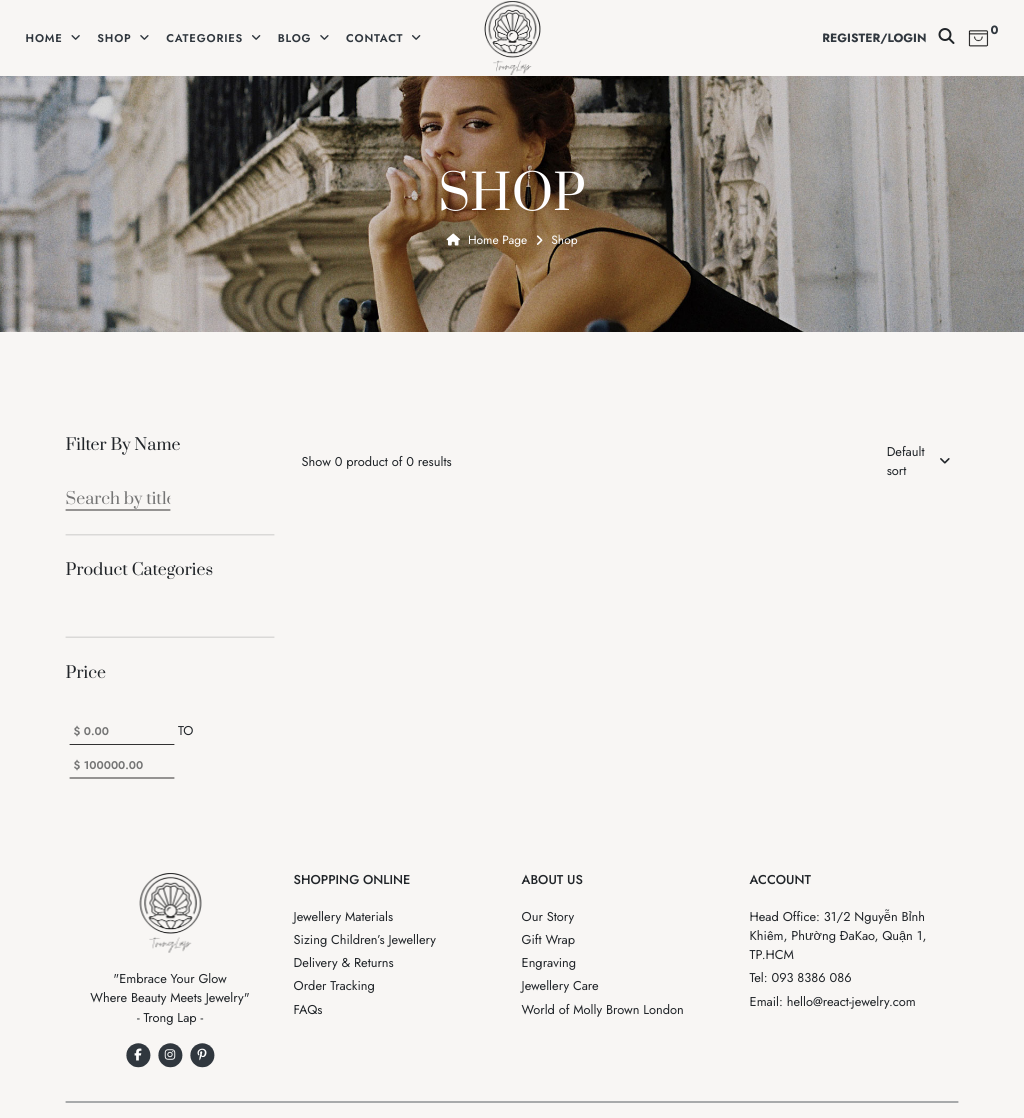
Repository: tronglap/react-jewelry
Page: /list-product
An editor plug-in stored every save of this project. The page is shown before and after a run of saves, followed by the edit.
The browser window is 1280 px wide. The pictures show the whole page, at 80% of full size.
The page's requests for data from a server got no answer. The project was rebuilt for these pictures with package versions that can differ from the ones it lists, and the page was loaded fresh each time. No one was signed in, and anything a server would have sent is missing. Also part of the build but not shown: src/component/Button/Button.css, src/component/Button/Button.js, src/component/SliderBar/SliderBar.css, src/component/SliderBar/SliderBar.js, src/component/Home/WWD/WWD.css, src/component/Home/WWD/WWD.js, src/component/Home/Home.css, src/component/Home/Categories/Categories.js and 14 more.

Above is the page before, as saved 2024-03-26 20:26:50.

### src/App.css
@import url('https://fonts.googleapis.com/css2?family=Jost:ital,wght@0,100..900;1,100..900&family=Prata&display=swap');


* {
    margin: 0;
    padding: 0;
    box-sizing: border-box;
}

img {
    width: 100%;
}

a {
    text-decoration: none;
}

ul {
    list-style: none;
    margin: 0;
    padding: 0;
}

body {
    font-family: "Jost", sans-serif;
    --seconddaryfont: "Prata";
    --color-primary: #daa14c;
    --color-secondary: #30373e;
    --color-text: #666;
    --color-accent: #30373e;
    --color-lighter: #888;
    --color-dark: #202020;
    --color-highlight: #ccc;
    --color-border: #e3e3e3;
    --color-background-light: #f8f6f4;
    --color-background-field: #DADADA20;
    background-color: #f8f6f4;
}

### src/component/ListProduct/ListProduct.js
import React, { useEffect, useState } from "react";
import Header from "../Header/HeaderMain/Header";
import Banner from "./Banner/Banner";
import UseFetch from "../../UseFetch";
import CartProduct from "../CardProduct/CartProduct";
import { Col, Container, Row } from "react-bootstrap";
import "./ListProduct.css";

const ListProduct = () => {
  const products = UseFetch(
    "https://65f3b3d2105614e654a0e686.mockapi.io/Product"
  );
  const categories = UseFetch(
    "https://65f3b3d2105614e654a0e686.mockapi.io/Categories"
  );

  const [filterKeyword, setFilterKeyword] = useState("");
  useEffect(() => {
    const filteredProducts = products.filter((product) => {
      return product.name.toLowerCase().includes(filterKeyword.toLowerCase());
    });
    setProductFilter(filteredProducts);
  }, [filterKeyword, products]);

  const [productFilter, setProductFilter] = useState([]);
  const [categoryCounts, setCategoryCounts] = useState({});

  const [minPrice, setMinPrice] = useState(0);
  const [maxPrice, setMaxPrice] = useState(0);

  useEffect(() => {
    if (products.length > 0) {
      const prices = products.map((product) => {
        return parseFloat(product.promotion || product.cost);
      });
      const highestPrice = Math.max(...prices);
      setMaxPrice(highestPrice);
    }
  }, [products]);

  useEffect(() => {
    const filteredProducts = products.filter((product) => {
      if (product.promotion === "" || product.promotion === "0") {
        const productPrice = parseFloat(product.cost);
        return productPrice >= minPrice && productPrice <= maxPrice;
      } else {
        const productPrice = parseFloat(product.promotion);
        return productPrice >= minPrice && productPrice <= maxPrice;
      }
    });
    setProductFilter(filteredProducts);
  }, [minPrice, maxPrice, products]);

  useEffect(() => {
    const sortProduct = [...products].sort((a, b) => {
      const priceA = parseFloat(a.promotion || a.cost);
      const priceB = parseFloat(b.promotion || b.cost);

      return priceA - priceB;
    });
    setProductFilter(sortProduct);
  }, [products]);

  useEffect(() => {
    const counts = {};
    products.forEach((product) => {
      counts[product.CategoryId] = (counts[product.CategoryId] || 0) + 1;
    });
    setCategoryCounts(counts);
  }, [products]);

  const FilterProduct = (cate) => {
    const filter = products.filter((ct) => ct.CategoryId === cate);
    setProductFilter(filter);
  };

  const [isSortActive, setIsSortActive] = useState(false);
  const handleSortClick = () => {
    setIsSortActive(!isSortActive); // Khi click, chuyển đổi trạng thái của lớp
  };

  return (
    <div className="ListProduct">
      <Header />
      <Banner />
      <div className="box_product">
        <Container>
          <Row>
            <Col lg={3}>
              <div className="FBN">
                <p className="filterbyname">Filter by name</p>
                <input
                  type="text"
                  placeholder="Search by title..."
                  value={filterKeyword}
                  onChange={(e) => setFilterKeyword(e.target.value)}
                />
              </div>
              <div className="Product_Categories">Product Categories</div>
              <div className="Categories">
                {categories.map((ct) => (
                  <div
                    className="diamonds"
                    onClick={() => FilterProduct(ct.id)}
                    key={ct.id}
                  >
                    <div className="name"> {ct.categories}</div>
                    <div className="count">
                      {categoryCounts[ct.id] && `${categoryCounts[ct.id]}`}
                    </div>
                  </div>
                ))}
              </div>
              <div className="FBP">
                <p className="filterbyprice">Price</p>
                <input
                  type="number"
                  placeholder="$ 0.00"
                  onChange={(e) => setMinPrice(e.target.value)}
                />
                TO
                <input
                  type="number"
                  placeholder="$ 100000.00"
                  onChange={(e) => setMaxPrice(e.target.value)}
                />
              </div>
            </Col>
            <Col lg={9}>
              <Row>
                <Container>
                  <div className="sorting">
                    <div className="Count_AP">
                      Show {productFilter.length} product of {products.length}{" "}
                      results
                    </div>
                    <div className="sort" onClick={handleSortClick}>
                      <p>Default sort</p>
                      <i className="fa-solid fa-angle-down"></i>
                      <div className={`sorts ${isSortActive ? "active" : ""}`}>
                        <div className="sortbya-z">
                          <p>Sort by A - Z</p>
                        </div>
                        <div className="sortbyz-a">
                          <p>Sort by Z - A</p>
                        </div>
                        <div className="sortbypricelh">
                          <p>Sort by price: Low to High</p>
                        </div>
                        <div className="sortbypricehl">
                          <p>Sort by price: High to Low</p>
                        </div>
                      </div>
                    </div>
                  </div>
                </Container>
              </Row>
              <Row>
                {productFilter &&
                  productFilter.map((item) => (
                    <Col lg={4} className="Cart_list" key={item.id}>
                      <CartProduct
                        id={item.id}
                        image={item.image}
                        image_second={item.image_second}
                        CategoryId={
                          categories.find(
                            (category) => category.id === item.CategoryId
                          )?.categories
                        }
                        name={item.name}
                        cost={item.cost}
                        promotion={item.promotion}
                        sale={item.sale}
                        perdiscount={item.perdiscount}
                      />
                    </Col>
                  ))}
              </Row>
            </Col>
          </Row>
        </Container>
      </div>
    </div>
  );
};

export default ListProduct;

### src/component/Footer/Footer.css
.footer {
    margin-top: 10%;
    text-align: left;
    height: 40vh;
    border-bottom: 0.1px solid var(--color-secondary);
    margin-bottom: 20px;
}

.footer .logo {
    margin: 0 auto;
    width: 30%;
}

.footer .slogan {
    text-align: center;
    margin: 20px 0;
}

.footer .social-links {
    display: flex;
    gap: 10px;
    margin-top: 10px;
    justify-content: center;
}

.footer .social-links a {
    display: flex;
    align-items: center;
    justify-content: center;
    color: white;
    background-color: var(--color-secondary);
    border-radius: 50%;
    width: 30px;
    height: 30px;
    font-size: 20px;
    text-align: center;
    transition: 0.3s ease;
}

.footer .social-links a:hover {
    background-color: var(--color-primary);
}

::selection {
    color: white;
    background-color: var(--color-primary);
}

.footer ul {
    margin-top: 25px;
}

.footer ul li {
    margin-bottom: 5px;
    cursor: pointer;
    transition: 0.2s linear;
}

.footer ul li:hover {
    color: var(--color-primary)
}

### src/component/ListProduct/ListProduct.css
.ListProduct .box_product {
    margin-top: 10%;
}

.ListProduct .box_product .FBN,
.ListProduct .box_product .FBN .filterbyname {
    font-size: 20px;
    font-family: 'Prata', sans-serif;
    font-weight: 400;
    line-height: 1.35;
    text-transform: capitalize;
    margin-bottom: 30px;
    padding-bottom: 10px;
}

.ListProduct .box_product .FBN {
    border-bottom: 1px solid rgba(128, 128, 128, 0.5);
    padding-bottom: 30px;
}

.ListProduct .box_product .FBN input {
    border: none;
    background-color: transparent;
    border-bottom: 1px solid black;
    outline: none;
    width: 50%;
}


.ListProduct .box_product .Product_Categories {
    font-size: 20px;
    font-family: 'Prata', sans-serif;
    font-weight: 400;
    line-height: 1.35;
    text-transform: capitalize;
    margin-bottom: 30px;
    padding-bottom: 10px;
}

.ListProduct .box_product .Categories {
    border-bottom: 1px solid rgba(128, 128, 128, 0.5);
    padding-bottom: 30px;
}

.ListProduct .box_product .Categories .diamonds {
    display: flex;
    width: 35%;
    justify-content: space-between;
    font-size: 18px;
    font-weight: 400;
    font-style: normal;
    text-rendering: optimizeLegibility;
    color: var(--color-text);
    line-height: 1.5;
    letter-spacing: 0;
    cursor: pointer;
    transition: 0.2s ease;
}

.ListProduct .box_product .Categories .diamonds:hover {
    color: var(--color-primary)
}

.ListProduct .box_product .FBP .filterbyprice {
    font-size: 20px;
    font-family: 'Prata', sans-serif;
    font-weight: 400;
    line-height: 1.35;
    text-transform: capitalize;
    margin-bottom: 30px;
    margin-top: 30px;
    padding-bottom: 10px;
}

.ListProduct .box_product .FBP input {
    width: 50%;
    padding: 5px;
    font-size: 14px;
    margin: 5px;
    font-weight: 600;
    text-transform: none;
    border: none;
    border-bottom: 1px solid black;
    outline: none;
    background-color: transparent;
}

input[type=number]::-webkit-inner-spin-button {
    -webkit-appearance: none;
}

.ListProduct .box_product .Cart_list {
    margin-bottom: 20px;
}

.ListProduct .box_product .sorting {
    display: flex;
    justify-content: space-between;
    align-items: center;
}

.ListProduct .box_product .sorting .Count_AP {
    display: flex;
    margin-bottom: 20px;
    padding: 10px;
}

.ListProduct .box_product .sort {
    display: flex;
    align-items: center;
    justify-content: space-between;
    width: 12%;
    margin-bottom: 20px;
    padding: 10px;
    position: relative;
    cursor: pointer;
}

.ListProduct .box_product .sort .sorts {
    background-color: whitesmoke;
    padding: 10px 10px;
    width: 150%;
    opacity: 0;
    visibility: hidden;
    top: 40px;
    left: 0;
    position: absolute;
    z-index: 999;
    transition: 0.3s ease-out;
}

.ListProduct .box_product .sort .sorts.active {
    visibility: visible;
    top: 50px;
    opacity: 1;
}

### src/component/Home/Categories/Categories.css
img {
    width: 100%;
}

.icon_cate {
    display: flex;
    gap: 20px;
    margin: 10% 0;
    justify-content: center;
    align-items: center;
}

.icon_cate .icon1,
.icon_cate .icon2,
.icon_cate .icon3 {
    text-align: center;
}

.icon_cate .icon1 .img_icon,
.icon_cate .icon2 .img_icon,
.icon_cate .icon3 .img_icon {
    display: flex;
    justify-content: center;
    margin-bottom: 15px;
}

.icon_cate .icon1 .img_icon .thumb,
.icon_cate .icon2 .img_icon .thumb,
.icon_cate .icon3 .img_icon .thumb {
    width: 25%;
    border-radius: 50%;
    padding: 20px;
    transition: 0.2s ease;
}

.icon_cate .icon1:hover .img_icon .thumb,
.icon_cate .icon2:hover .img_icon .thumb,
.icon_cate .icon3:hover .img_icon .thumb {
    background: var(--color-primary)
}

.icon_cate .icon1 .title,
.icon_cate .icon2 .title,
.icon_cate .icon3 .title {
    font-size: 24px;
    font-family: 'Prata', sans-serif;
    letter-spacing: .3px;
    color: var(--color-secondary);
    margin-bottom: 15px;
    transition: 0.2s ease;
}

.icon_cate .icon1:hover .title,
.icon_cate .icon2:hover .title,
.icon_cate .icon3:hover .title {
    color: var(--color-primary)
}

.icon_cate .icon1 .desc,
.icon_cate .icon2 .desc,
.icon_cate .icon3 .desc {
    width: 60%;
    margin: 0 auto;
}

.cate {
    overflow: hidden;
}

.cate .right .diamond {
    overflow: hidden;
}

.cate .right {
    display: flex;
    flex-wrap: wrap;
    gap: 5%;
}

.cate .necklaces,
.cate .right .diamond,
.cate .right .earrings,
.cate .right .rings {
    position: relative;
    transition: 0.5s ease;
}

.cate .necklaces::after,
.cate .right .diamond::after,
.cate .right .earrings::after,
.cate .right .rings::after {
    content: "";
    display: block;
    opacity: 0;
    width: 100%;
    height: 200px;
    background: linear-gradient(to top, rgba(0, 0, 0, 0.3), rgba(0, 0, 0, 0));
    bottom: -100px;
    position: absolute;
    transition: 0.5s ease;
    z-index: 0;
}

.cate .necklaces:hover::after,
.cate .right .diamond:hover::after,
.cate .right .earrings:hover::after,
.cate .right .rings:hover::after {
    opacity: 1;
    bottom: 0;
}

.cate .necklaces::before,
.cate .right .diamond::before,
.cate .right .earrings::before,
.cate .right .rings::before {
    content: "";
    opacity: 0;
    width: 100%;
    height: 50px;
    font-family: 'Prata', sans-serif;
    font-size: 35px;
    color: white;
    text-align: center;
    bottom: -50px;
    position: absolute;
    transition: 0.5s ease;
    z-index: 1;
}

.cate .necklaces:hover::before {
    content: "Necklaces";
    opacity: 1;
    bottom: 20px;
}

.cate .right .diamond:hover::before {
    content: "Diamond";
    opacity: 1;
    bottom: 20px;
}

.cate .right .earrings:hover::before {
    content: "Earrings";
    opacity: 1;
    bottom: 20px;
}

.cate .right .rings:hover::before {
    content: "Rings";
    opacity: 1;
    bottom: 20px;
}

### src/component/Header/HeaderMain/Header.css
svg {
    margin-top: 0px;
}

path {
    fill: black;
    stroke: black;
    stroke-width: 2px;
    transition: 0.2s linear;
}

.HeaderMain {
    display: flex;
    justify-content: space-between;
    align-items: center;
    padding: 0 20px;
}

.HeaderMain .left {
    display: flex;
    gap: 20px;
    width: 40%;
}

.HeaderMain .left .Home,
.HeaderMain .left .Shop,
.HeaderMain .left .Categories,
.HeaderMain .left .Blog,
.HeaderMain .left .Contact {
    display: flex;
    justify-content: space-between;
    align-items: center;
    text-transform: uppercase;
    line-height: 1.2857142857;
    font-weight: 600;
    font-size: 14px;
    color: var(--color-secondary);
    letter-spacing: 1px;
    transition: 0.2s ease;
}

.HeaderMain .left .Home:hover,
.HeaderMain .left .Shop:hover,
.HeaderMain .left .Categories:hover,
.HeaderMain .left .Blog:hover,
.HeaderMain .left .Contact:hover {
    color: var(--color-primary);
}


.HeaderMain .left .Home i,
.HeaderMain .left .Shop i,
.HeaderMain .left .Categories i,
.HeaderMain .left .Blog i,
.HeaderMain .left .Contact i {
    margin-left: 10px;
}

.HeaderMain .mid {
    display: flex;
    justify-content: center;
    width: 20%;
}

.HeaderMain .mid .thumb {
    width: 30%;
}

.HeaderMain .right {
    display: flex;
    align-items: center;
    justify-content: right;
    width: 40%;
}

.HeaderMain .right .register a {
    color: var(--color-secondary);
    text-transform: uppercase;
    font-weight: bold;
    font-size: 15px;
    transition: 0.2s linear;
}

.HeaderMain .right .register a:hover {
    color: var(--color-primary)
}

.HeaderMain .right .search {
    transition: 0.2s ease;
}

.HeaderMain .right .search i {
    font-size: 20px;
    margin-left: 15px;
}

.HeaderMain .right .search:hover {
    color: var(--color-primary)
}

.HeaderMain .right .cart {
    display: flex;
    justify-content: center;
    align-items: center;
    margin-left: 15px;
    cursor: pointer;
}


.HeaderMain .right .cart:hover svg path {
    fill: var(--color-primary);
    stroke: var(--color-primary);
    stroke-width: 2px;
}

.HeaderMain .right .cart:hover .count {
    color: var(--color-primary)
}

.HeaderMain .right .cart .count {
    font-weight: bold;
    font-size: 15px;
    margin-bottom: 20px;
    transition: 0.2s linear;
    color: var(--color-secondary)
}

### src/component/ListProduct/Banner/Banner.css
.Banner {
    position: relative;
}

.Banner::after {
    content: "";
    display: block;
    width: 100%;
    height: 100%;
    background-color: rgba(0, 0, 0, 0.5);
}

.Banner .content {
    text-align: center;
    width: 100%;
    top: 50%;
    transform: translateY(-50%);
    position: absolute;
    z-index: 999;

}

.Banner .content .title {
    font-size: 60px;
    font-family: 'Prata', sans-serif;
    color: white;
}

.Banner .content .link_header {
    display: flex;
    justify-content: center;
    align-items: center;
}

.Banner .content .link_header .Home,
.Banner .content .link_header .Shop {
    text-decoration: none;
    color: white;
    font-weight: 400;
    font-size: 15px;
    transition: 0.2s ease;
}

.Banner .content .link_header .Home:hover,
.Banner .content .link_header .Home:hover i {
    color: var(--color-primary)
}

.Banner .content .link_header .Home i,
.Banner .content .link_header .icon {
    margin-right: 10px;
    color: white;
    transition: 0.2s ease
}

.Banner .content .link_header .icon {
    display: flex;
    align-items: center;
    justify-content: center;
    margin: 0 10px;
}

### src/component/CardProduct/CartProduct.css
img {
    width: 100%;
}

.Card_item {
    margin: 0 5px;
    text-align: center;
    position: relative;
    width: 100%;
    text-align: center;
    overflow: hidden;
}

.Card_item .thumb {
    display: block;
    position: relative;
    transition: 0.5s linear;
    overflow: hidden;
    width: 290px;
}

.Card_item .thumb:hover {
    border-radius: 49% 49% 0 0;
}

.Card_item .thumb img {
    transition: 0.5s ease;
    position: relative;
}

.Card_item .thumb img:first-child {
    opacity: 1;
    transition: 0.3s linear;

}

.Card_item .thumb:hover img:first-child {
    opacity: 0;
}

.Card_item .thumb img:last-child {
    opacity: 0;
    position: absolute;
    top: 0;
    left: 0;
    transition: 0.3s linear;
}

.Card_item .thumb:hover img:last-child {
    opacity: 1;
    display: block;
    transform: scale(1.2);
}

.Card_item .sale {
    display: none;
    width: 50px;
    height: 20px;
    color: white;
    padding: 2.5px 10px;
    font-weight: bold;
    font-size: 10px;
    top: 10px;
    left: 10px;
    background-color: var(--color-primary);
    position: absolute;
    transition: 0.2s linear;
    z-index: 999;
}

.Card_item .sale.active {
    display: block;
}

.Card_item:hover .sale.active {
    display: none;
}

.Card_item .info {
    margin-top: 10px;
}

.Card_item .info .cate {
    color: var(--color-primary);
    text-transform: uppercase;
    font-size: 12px;
    font-weight: 500;
    line-height: 1.35;
}

.Card_item .info .name {
    font-size: 20px;
    color: var(--color-secondary);
    text-transform: capitalize;
    transition: 0.2s ease;
}

.Card_item .info .name:hover {
    color: var(--color-primary)
}

.Card_item .info .material {
    color: var(--color-text);
    text-transform: capitalize;
    font-size: 14px
}

.Card_item .info .price .discount {
    font-weight: 700;
    color: var(--color-secondary)
}

.Card_item .info .price .cost {
    color: var(--color-secondary);
    font-weight: 500;
    text-decoration: line-through;
    font-size: 14px;
}

.Card_item .info .price .discount.active {
    display: none;
}

.Card_item .info .price .cost.active {
    font-weight: 700;
    color: var(--color-secondary);
    text-decoration: none;
    font-size: 16px;
}

### src/component/CardNews/CardNews.css
img {
    width: 100%;
}

.Card_news {
    width: 90%;
    margin: 0 auto;
    cursor: pointer;
}

.Card_news .thumb {
    margin-bottom: 3%;
    overflow: hidden;
}

.Card_news .thumb img {
    transition: 0.3s linear;
}

.Card_news .thumb:hover img {
    transform: scale(1.1);
}

.Card_news .infor {
    text-align: center;
}

.Card_news .infor .date p {
    font-size: 14px;
    text-transform: capitalize;
    color: var(--color-lighter);
    transition: 0.5s ease
}

.Card_news .infor .date p:hover {
    color: var(--color-primary)
}

.Card_news .infor .title h4 {
    display: -webkit-box;
    -webkit-box-orient: vertical;
    -webkit-line-clamp: 1;
    overflow: hidden;
    transition: 0.3s ease;
}

.Card_news .infor .title h4:hover {
    color: var(--color-primary)
}

.Card_news .infor .content p {
    display: -webkit-box;
    -webkit-box-orient: vertical;
    -webkit-line-clamp: 3;
    overflow: hidden;
    color: var(--color-text)
}

.Card_news .infor .view {
    color: var(--color-dark);
    font-weight: bold;
    font-size: 13px;
    font-weight: 600;
    line-height: 1.3;
    text-transform: uppercase;
    transition: 0.3s linear;
    margin-top: 12%;
}

.Card_news .infor .view:hover {
    color: var(--color-primary)
}

@keyframes zoom_news {
    0% {
        transform: scale(1);
    }

    100% {
        transform: scale(1.1);
    }
}

Loaded but not shown: public/index.html (common file); src/index.js (common file); src/index.css (common file); src/reportWebVitals.js (common file); src/component/Header/HeaderMain/Header.js (74 lines, source omitted); src/component/Footer/Footer.js (69 lines, source omitted); src/App.js (36 lines, source omitted); src/UseContext.js (36 lines, source omitted); src/component/ListProduct/Banner/Banner.js (31 lines, source omitted); src/UseFetch.js (26 lines, source omitted); src/component/AutoTop/AutoTop.js (15 lines, source omitted); src/component/Header/Header.css (289 lines, source omitted); src/component/Cart/Cart.css (149 lines, source omitted)

After the next 3 saves:
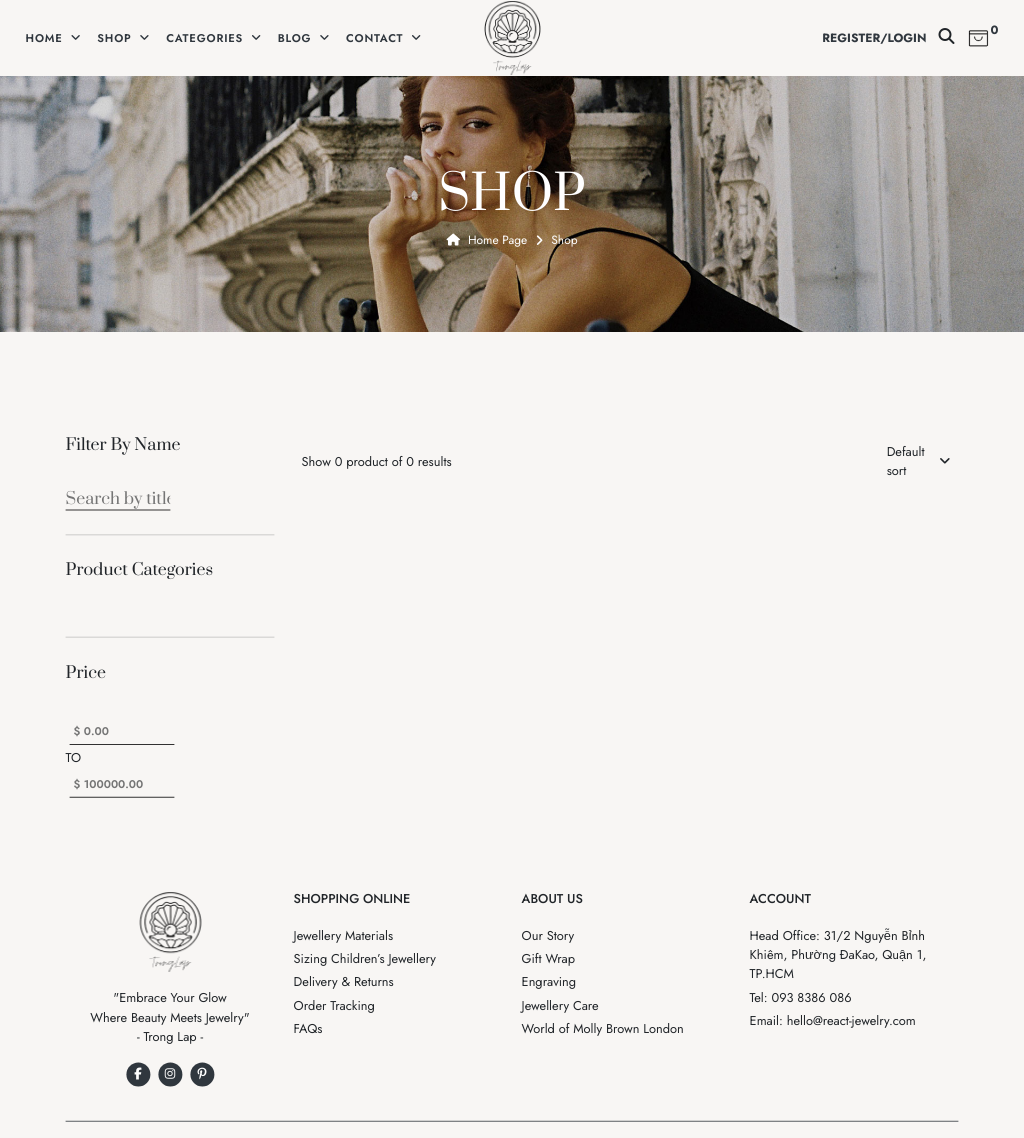
The 3 saves are shown as one change because 1 did not build or start and some came seconds apart.
The last was saved 18 s later.
--- a/src/component/ListProduct/ListProduct.js
+++ b/src/component/ListProduct/ListProduct.js
@@ -118,7 +118,7 @@ const ListProduct = () => {
                   placeholder="$ 0.00"
                   onChange={(e) => setMinPrice(e.target.value)}
                 />
-                TO
+                <p>TO</p>
                 <input
                   type="number"
                   placeholder="$ 100000.00"
